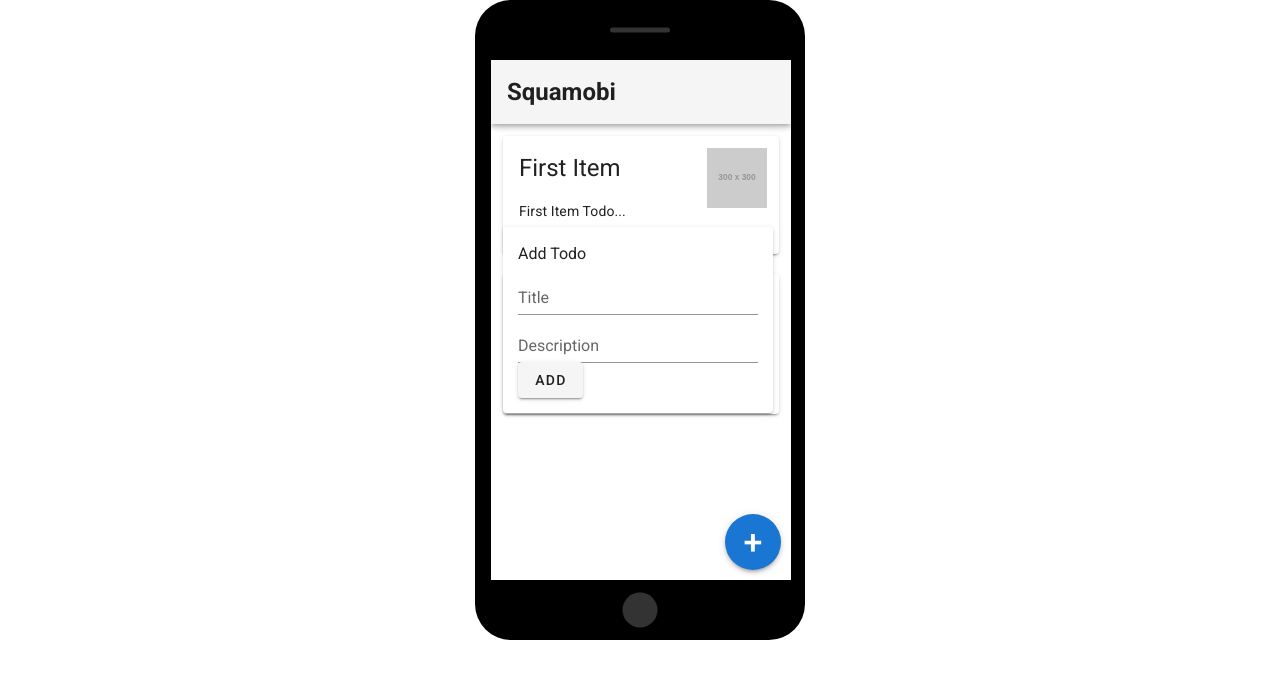
Repository: Keepnox/squamobi-interview
Page: /
An editor plug-in stored every save of this project. The page is shown before and after the next save, followed by the edit.
The browser window is 1280 px wide. The pictures show the whole page.
The project was rebuilt for these pictures with package versions that can differ from the ones it lists, and the page was loaded fresh each time. Also part of the build but not shown: vue.config.js. Imported but missing from the stored project, and not drawn on this page: src/views/About.vue.

Above is the page before, as saved 2022-01-15 23:47:20.

### src/App.vue
<template>
  <smartphone>
    <v-app>
    <v-main>
        <v-app-bar >
          <h2>Squamobi</h2>
        </v-app-bar>

      <!-- Provides the application the proper gutter -->
      <v-container fluid>

        <!-- If using vue-router -->
        <router-view></router-view>
      </v-container>
    </v-main>

  </v-app>
  </smartphone>

</template>

<script>
import Smartphone from './components/Smartphone.vue';

export default {
  name: 'App',

  components: {
    Smartphone,
  },

  data: () => ({
    //
  }),
};
</script>

### src/components/Smartphone.vue
<template>
  <div class="smartphone">
    <div class="content">
      <slot> </slot>
    </div>
  </div>
</template>

<style scoped>

.smartphone {
  position: relative;
  width: 330px;
  height: 640px;
  margin: auto;
  border: 16px black solid;
  border-top-width: 60px;
  border-bottom-width: 60px;
  border-radius: 36px;
}

/* The horizontal line on the top of the device */
.smartphone:before {
  content: '';
  display: block;
  width: 60px;
  height: 5px;
  position: absolute;
  top: -30px;
  left: 50%;
  transform: translate(-50%, -50%);
  background: #333;
  border-radius: 10px;
}

/* The circle on the bottom of the device */
.smartphone:after {
  content: '';
  display: block;
  width: 35px;
  height: 35px;
  position: absolute;
  left: 50%;
  bottom: -65px;
  transform: translate(-50%, -50%);
  background: #333;
  border-radius: 50%;
}

/* The screen (or content) of the device */
.smartphone .content {
  width: 300px;
  height: 520px;
  background: white;
}

.content > * {
  min-height: 100%;
  height: 100%;
}
</style>

### src/views/Home.vue
<template>
  <div id="listOuter">
    <TodoItem
      v-for="(t, index) in todoData"
      :key="index"
      :title="t.title"
      :desc="t.description"
      :image="t.image"
    ></TodoItem>

    <v-btn
          class="add-button"
          color="primary"
          elevation="3"
          fab
          v-on:click="dialog = !dialog"
        ><span style="font-size:34px;">+</span></v-btn>
        <v-card class="popup" v-if="dialog">
          <div>Add Todo</div>
          <v-text-field
            label="Title"
            hide-details="auto"
          ></v-text-field>
          <v-text-field
            label="Description"
            hide-details="auto"
          ></v-text-field>
          <v-btn>
            Add
          </v-btn>
        </v-card>
  </div>
</template>

<script>

import TodoItem from '@/components/TodoItem.vue'

export default {
  name: 'Home',
  components: {TodoItem},
  data () {
    return {
      todoData: [],
      dialog: true,
    }
  },
  watch: {
    dialog(val) {
      console.log(val)
    }
  },
  mounted () {
    this.todoData = JSON.parse(localStorage.getItem('todo'))
    console.log('selam')
  },
  created() {
    let defaultData = JSON.parse(localStorage.getItem('todo')) || [
        {
          title: "First Item",
          description: 'First Item Todo...',
          image: "https://unsplash.it/640/425?random"
        },
        {
          title: "Todo Item 2",
          description: 'Todo item 3.... lorem ipsum',
          image: "https://unsplash.it/640/425?random"
        }
      ]
    localStorage.setItem('todo', JSON.stringify(defaultData))
  }
}
</script>

<style >
.v-application--wrap {
  height: 100%;
  min-height: 100%;
}
.list-outer {
  position: relative;
  height: 100%;
  width: 100%;
}
.add-button {
  position: absolute;
  right: 10px;
  bottom: 10px;
}
.popup {
  position: absolute;
  padding: 15px;
  /* height: 150px; */
  width: 90%;
  top: 50%;
  transform: translateY(-50%);
}
.popup .add {
  margin-top: 10px;
  float: right;
}
</style>

### src/components/TodoItem.vue
<template>
    <v-card class="mb-5">
      <div class="d-flex flex-no-wrap justify-space-between">
        <div>
          <v-card-title class="text-h5" v-text="title"></v-card-title>

          <v-card-text > {{desc}} </v-card-text>
          <v-card-actions>
          </v-card-actions>
        </div>

        <v-avatar
          class="ma-3"
          size="60"
          tile
        >
          <v-img src="http://placehold.it/300"></v-img>
        </v-avatar>
      </div>
    </v-card>
</template>
<script>
export default {
  props: ["desc", "title", "image"],
  mounted() {
    console.log(this.items)
  }
}
</script>

Loaded but not shown: public/index.html (common file); src/main.js (common file); src/plugins/vuetify.js (common file); src/router/index.js (common file)

After the next save:
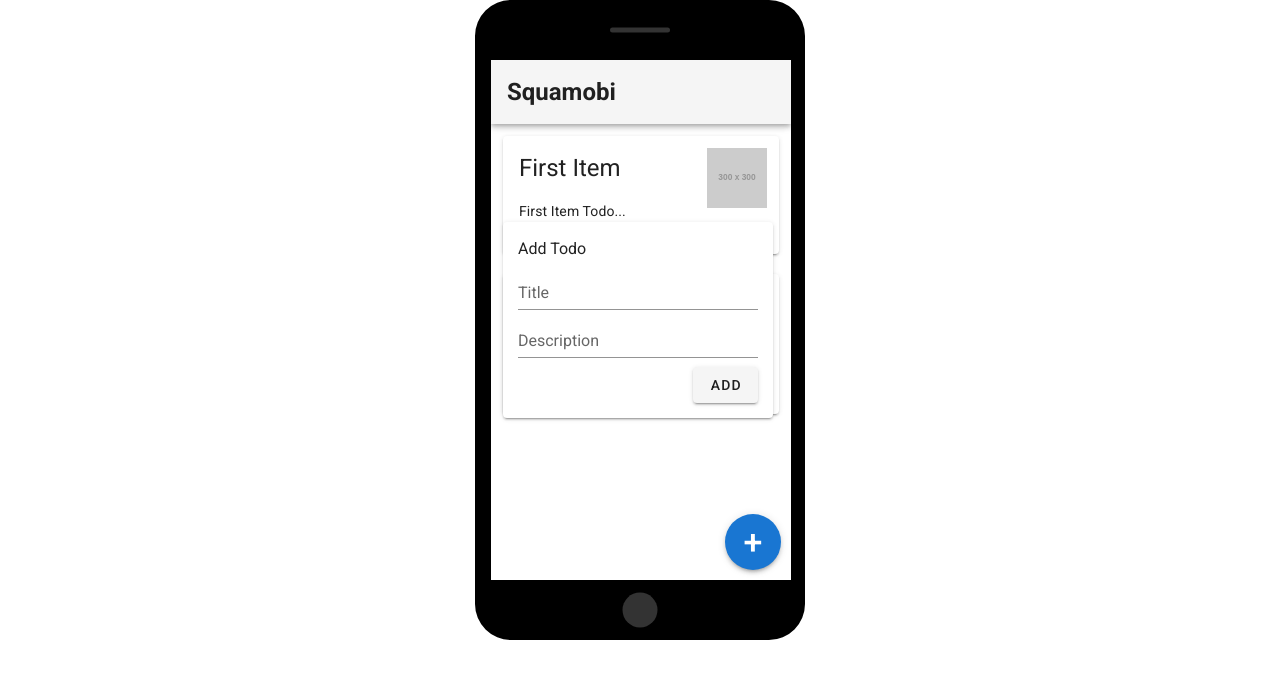
Saved 9 s later.
--- a/src/views/Home.vue
+++ b/src/views/Home.vue
@@ -25,7 +25,7 @@
             label="Description"
             hide-details="auto"
           ></v-text-field>
-          <v-btn>
+          <v-btn class="add">
             Add
           </v-btn>
         </v-card>
